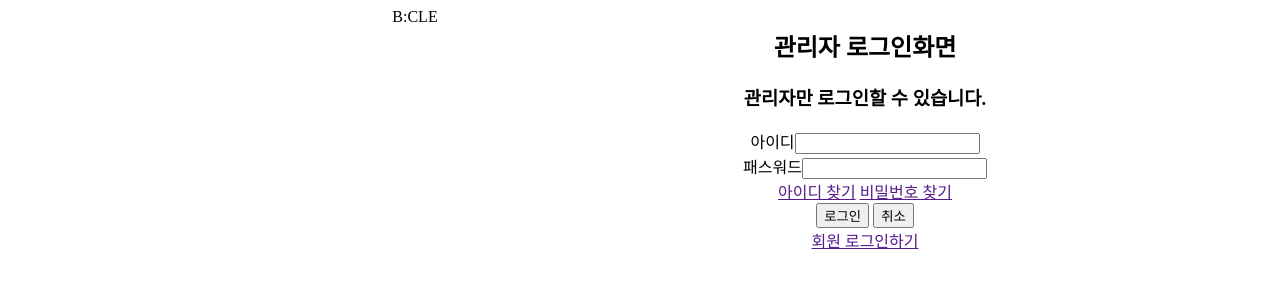
Repository: hyodii/SpringProject_Bcle
Page: http://localhost/Bcle/LoginPageAdmin.jsp
These files come from the project's save history. The page is drawn as it stood at one moment and after the next save; the edit follows.
The browser window is 1280 px wide. The pictures show the whole page.
The page is served by Tomcat 9.

Above is the page before, as saved 2021-12-16 07:18:24.

### Bcle/WebContent/LoginPageAdmin.jsp
<%@ page contentType="text/html; charset=UTF-8"%>
<%@ taglib prefix="c" uri="http://java.sun.com/jsp/jstl/core"%>
<%
    request.setCharacterEncoding("UTF-8");
    String cp = request.getContextPath();
%>
<!DOCTYPE html>
<html>
<head>
<meta charset="UTF-8">
<title>LoginPageAdmin.jsp</title>
<style type="text/css">

.bg
{
	position: relative;
	text-align: center;
}
.t-box
{
	display: flex;
	margin: 0 auto;
	width: 900px;

}
.right
{
	flex: 1;
	height: 500px;
}

.left
{
	float: right;
	flex: 1;

}

.info {
	background-color: orange;
	width: 70vh;
	height: 30vh;
}

.upper {
	display: flex;
	background-color: gray;
}

</style>
</head>
<body>


<div class="bg">
	<div class="t-box">
		<div class="right">
			B:CLE
		</div>

		<div class="left">
			<div>
				<div><h2>관리자 로그인화면</h2></div>
				<div><h3>관리자만 로그인할 수 있습니다.</h3></div>
			</div>

			<div>
				<form action="">
					아이디<input type="text" id="id" name="id"/><br>
					패스워드<input type="password" id="pwd" name="pwd"/><br>

					<a href="">아이디 찾기</a>
					<a href="">비밀번호 찾기</a>
					<br>
					<input type="button" value="로그인">
					<input type="button" value="취소">
				</form>
			</div>

			<div>
					<a href="">회원 로그인하기</a>
			</div>
		</div>
	</div>
</div>

</body>
</html>

After the next save:
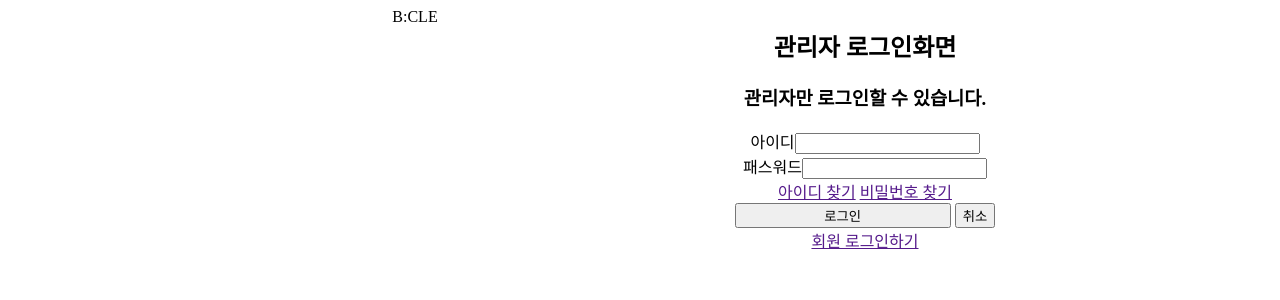
Saved 6 min 14 s later.
--- a/Bcle/WebContent/LoginPageAdmin.jsp
+++ b/Bcle/WebContent/LoginPageAdmin.jsp
@@ -72,7 +72,8 @@
 					<a href="">아이디 찾기</a>
 					<a href="">비밀번호 찾기</a>
 					<br>
-					<input type="button" value="로그인">
+					<input type="button" value="로그인" id="submitBtn" class="btn"
+					style="width: 48%;">
 					<input type="button" value="취소">
 				</form>
 			</div>
